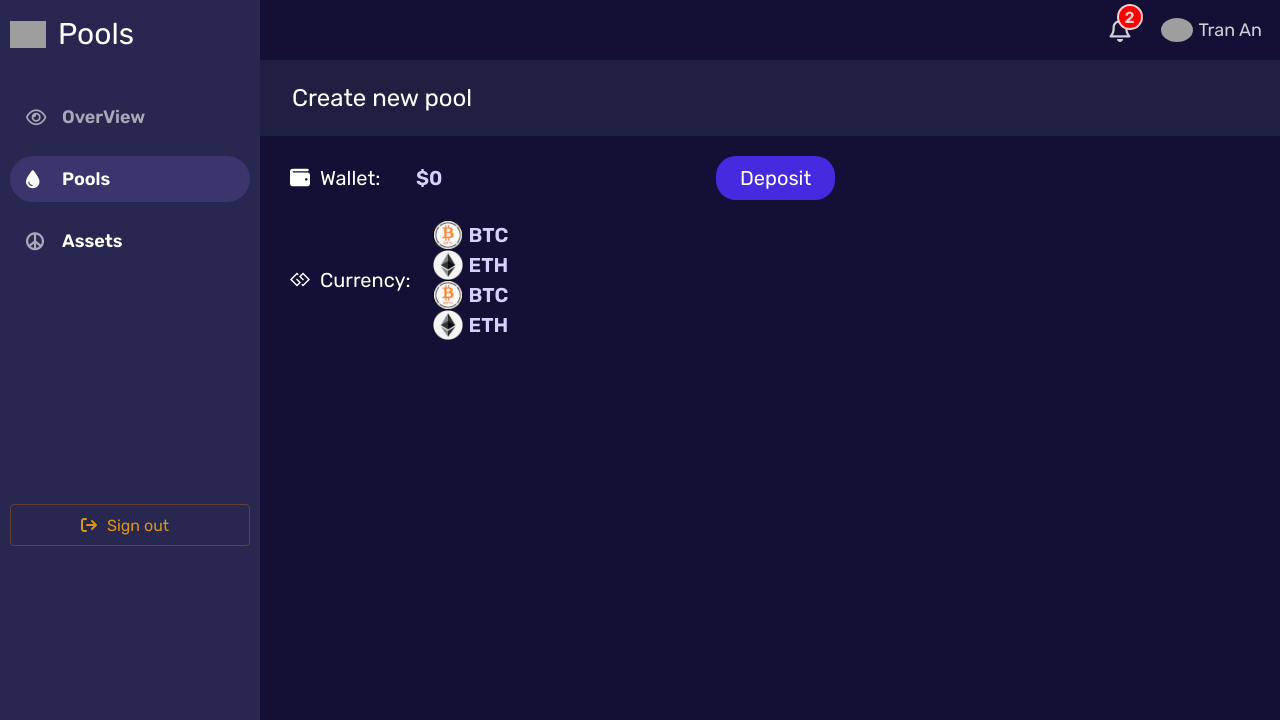
Repository: quynh232000/pools
Page: pool/create-pool.html
An editor plug-in stored every save of this project. The page is shown before and after the next save, followed by the edit.
The browser window is 1280 px wide. The pictures show the whole page.
Pictures or frames that could not be fetched are drawn as grey boxes.

Above is the page before, as saved 2023-07-14 00:35:05.

After the next save:
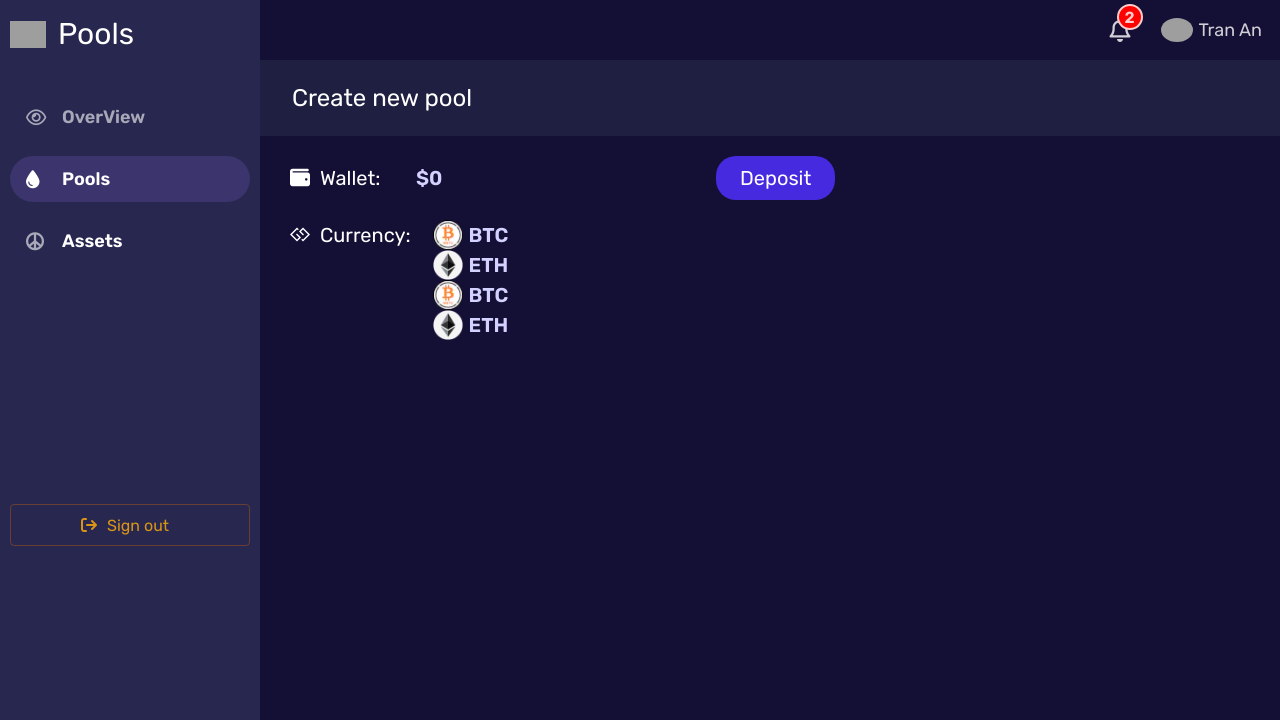
Saved 18 s later.
--- a/src/css/create-pool.css
+++ b/src/css/create-pool.css
@@ -51,3 +51,6 @@
     color: var(--text-1-color);
     font-weight: 600;
 }
+.type-money-more{
+    position: absolute;
+}
